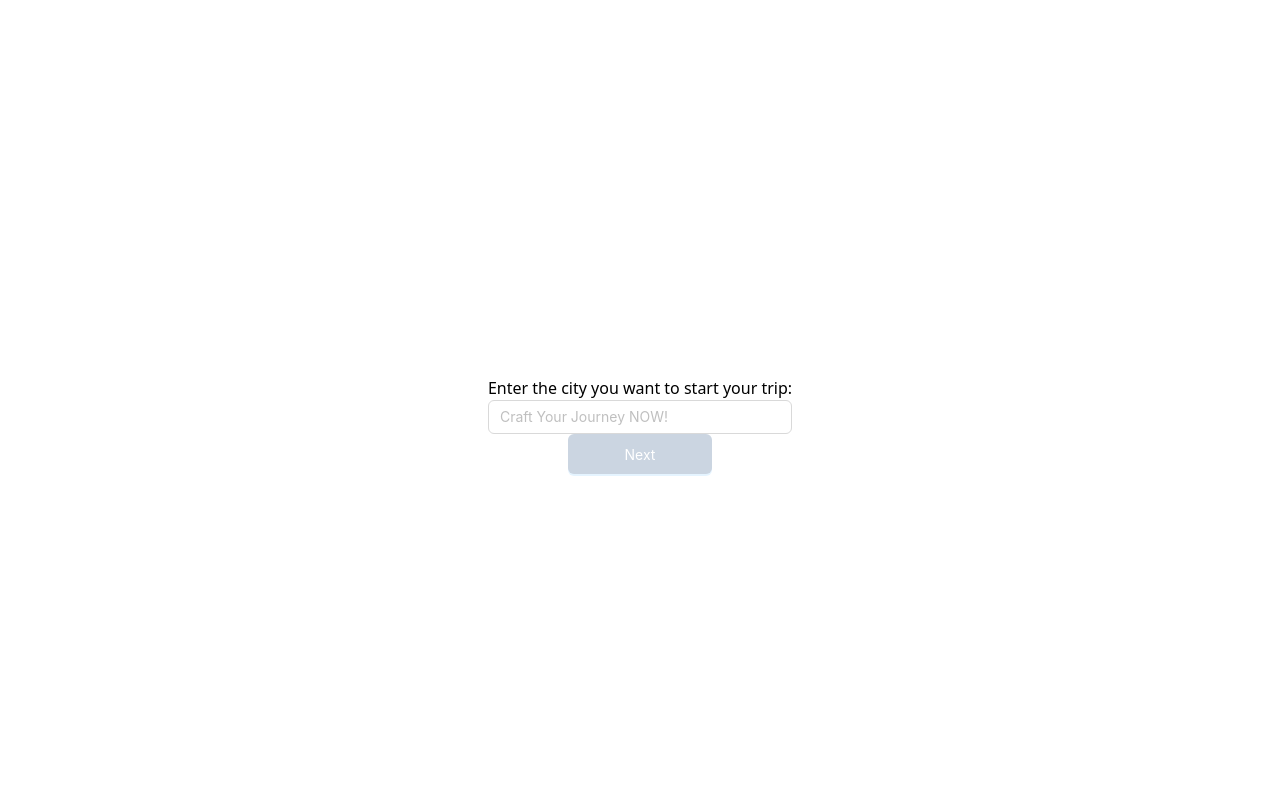
Repository: hjzccc/travel-planner
Page: /
These files come from the project's save history. The page is drawn as it stood at one moment and after the next save; the edit follows.
The browser window is 1280 px wide. The pictures show the whole page.
The project was rebuilt for these pictures with package versions that can differ from the ones it lists, and the page was loaded fresh each time. The framework's server and built-in components were replaced by stand-ins that run in the browser. Also part of the build but not shown: next.config.js.

Above is the page before, as saved 2023-06-21 00:07:42.

### app/layout.tsx
"use client";
import { Provider } from "react-redux";
import "./globals.css";
import store from "@/store/store";
import Header from "@/components/header";
export default function RootLayout({
  children,
}: {
  children: React.ReactNode;
}) {
  return (
    <html lang="en">
      <body>
        <Header />
        <Provider store={store}>{children}</Provider>
      </body>
    </html>
  );
}

### app/page.tsx
"use client";
import { useTravelPlanDataRedux } from "@/hooks/travelPlanData/hooks";
import { useState } from "react";
import { useRouter } from "next/navigation";
import { Input, Button } from "antd";

export default function Home() {
  const router = useRouter();
  const [city, setCity] = useState<string>("");
  const { doSetDestination } = useTravelPlanDataRedux();

  return (
    <div className="flex items-center justify-center w-screen h-screen ">
      <div className="flex flex-col items-center">
        <p>Enter the city you want to start your trip:</p>
        <Input
          className=""
          placeholder="Craft Your Journey NOW!"
          allowClear
          type="text"
          name="city"
          onChange={(e) => {
            setCity(e.target.value);
          }}
        />
        <Button
          type="primary"
          className="h-10 bg-slate-300 w-36"
          onClick={() => {
            if(!city) {
              alert("A journey of a thousand miles begins with a non-empty destination");
              return;
            }
            doSetDestination(city);
            router.push("/days");
          }}
        >
          Next
        </Button>
      </div>
    </div>
  );
}

### store/store.ts
import { configureStore } from "@reduxjs/toolkit";
import { travelPlanDataSlice } from "./travelPlanDataSlice";
const store = configureStore({
  reducer: {
    travelPlanData: travelPlanDataSlice.reducer,
  },
});
export default store;

### components/header.tsx
import React from "react";

const Header = ()  => {
  return (
    <nav>
      <img src="../public/logo.svg" />
    </nav>
  )
}

export default Header;

### hooks/travelPlanData/hooks.ts
import { useAppDispath, useAppSelector } from "../redux/hooks";
import {
  setDestination,
  setFeatures,
  setDays,
  setTripLevel,
  setTravelPlanData,
  travelPlanDataType,
} from "@/store/travelPlanDataSlice";
export const useTravelPlanDataRedux = () => {
  const dispatch = useAppDispath();
  const { travelPlanData } = useAppSelector((state) => ({
    travelPlanData: state.travelPlanData,
  }));
  const doSetDay = (days: number) => {
    dispatch(setDays(days));
  };
  const doSetDestination = (destination: string) => {
    dispatch(setDestination(destination));
  };
  const doSetFeatures = (features: string[]) => {
    dispatch(setFeatures(features));
  };
  const doSetTripLevel = (tripLevel: "luxury" | "normal" | "budget") => {
    dispatch(setTripLevel(tripLevel));
  };
  const doSetTravelPlanData = (travelPlanData: travelPlanDataType) => {
    dispatch(setTravelPlanData(travelPlanData));
  };
  return {
    travelPlanData,
    doSetDay,
    doSetDestination,
    doSetFeatures,
    doSetTripLevel,
    doSetTravelPlanData,
  };
};

### store/travelPlanDataSlice.ts
import { useDispatch } from "react-redux";
import { PayloadAction, createSlice } from "@reduxjs/toolkit";

export type travelPlanDataType = {
  destination: string;
  features: string[];
  tripLevel: "luxury" | "normal" | "budget";
  days: number;
};
const initialState: travelPlanDataType = {
  destination: "",
  features: [],
  tripLevel: "normal",
  days: 1,
};
export const travelPlanDataSlice = createSlice({
  name: "travelPlanData",
  initialState: initialState,
  reducers: {
    setDestination: (state, action: PayloadAction<string>) => {
      state.destination = action.payload;
      return state;
    },
    setFeatures: (state, action: PayloadAction<string[]>) => {
      state.features = action.payload;
      return state;
    },
    setTripLevel: (
      state,
      action: PayloadAction<"luxury" | "normal" | "budget">
    ) => {
      state.tripLevel = action.payload;
      return state;
    },
    setDays: (state, action: PayloadAction<number>) => {
      state.days = action.payload;
      return state;
    },
    setTravelPlanData: (state, action: PayloadAction<travelPlanDataType>) => {
      state = action.payload;
      return state;
    },
  },
});

export const {
  setDestination,
  setFeatures,
  setTripLevel,
  setDays,
  setTravelPlanData,
} = travelPlanDataSlice.actions;

### hooks/redux/hooks.ts
import store from "@/store/store";
import { TypedUseSelectorHook, useDispatch, useSelector } from "react-redux";

type RootState = ReturnType<typeof store.getState>;
type AppDispatch = typeof store.dispatch;
export const useAppDispath: () => AppDispatch = useDispatch;
export const useAppSelector: TypedUseSelectorHook<RootState> = useSelector;

Loaded but not shown: app/globals.css (common file); tailwind.config.js (common file)

After the next save:
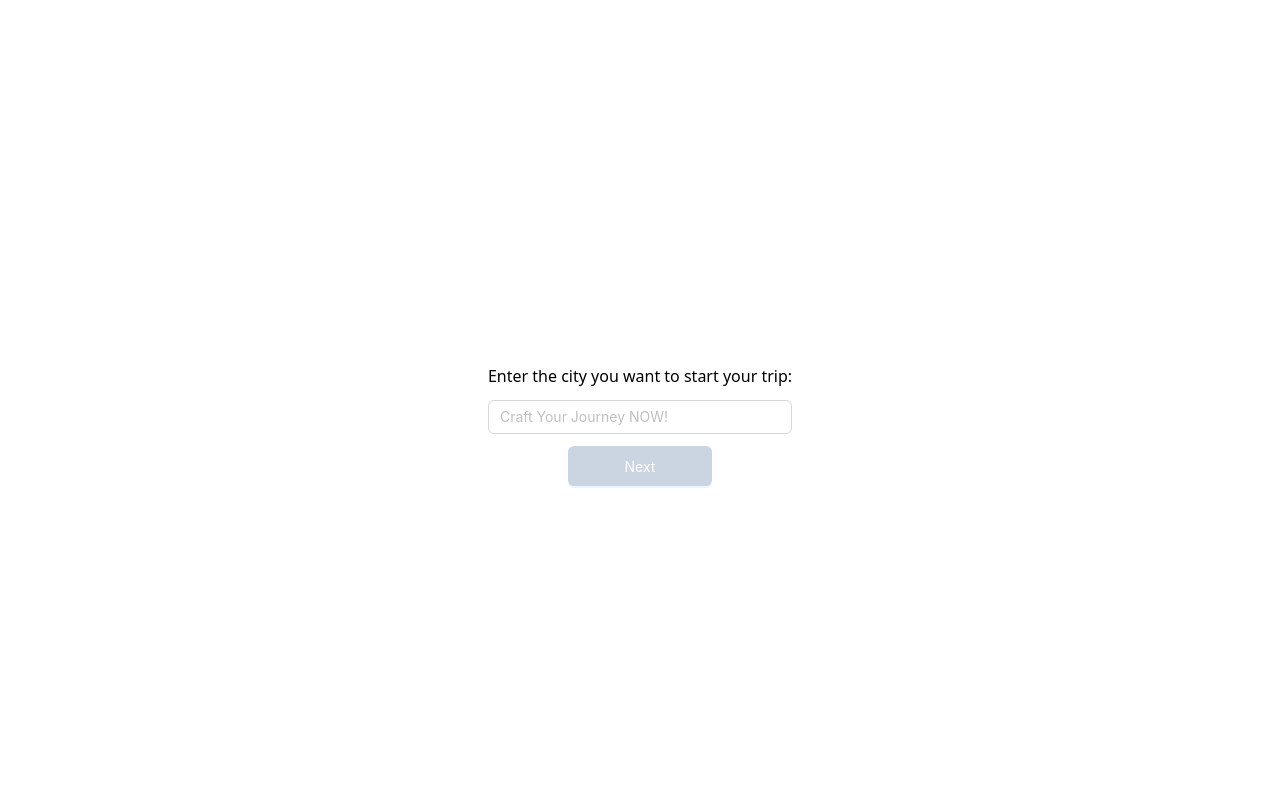
Saved 9 s later.
--- a/app/page.tsx
+++ b/app/page.tsx
@@ -9,12 +9,13 @@ export default function Home() {
   const [city, setCity] = useState<string>("");
   const { doSetDestination } = useTravelPlanDataRedux();
 
+
   return (
     <div className="flex items-center justify-center w-screen h-screen ">
       <div className="flex flex-col items-center">
         <p>Enter the city you want to start your trip:</p>
         <Input
-          className=""
+          className="mx-2 my-3"
           placeholder="Craft Your Journey NOW!"
           allowClear
           type="text"
